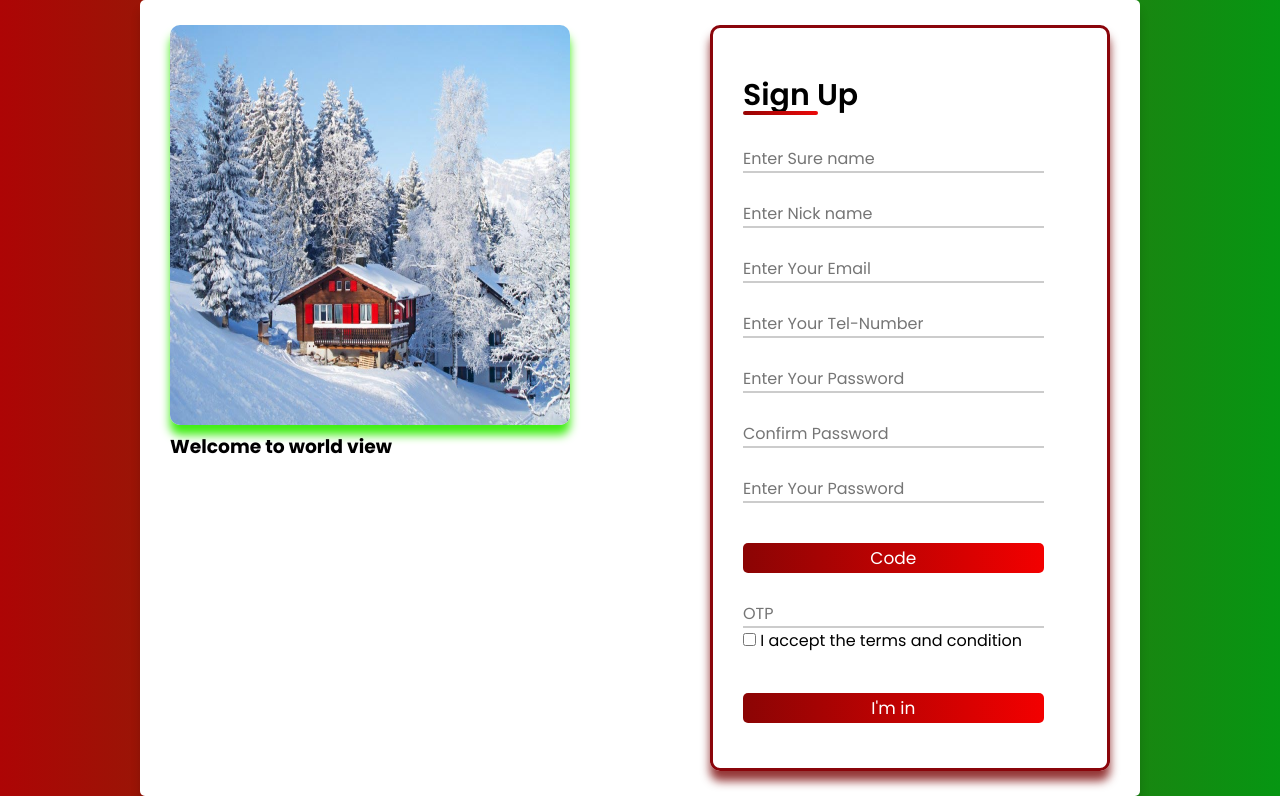
Repository: dev-ashik/Halloween
Page: Reg Page/Index.html
An editor plug-in stored every save of this project. The page is shown before and after the next save, followed by the edit.
The browser window is 1280 px wide. The pictures show the whole page.

Above is the page before, as saved 2021-12-21 22:33:43.

After the next save:
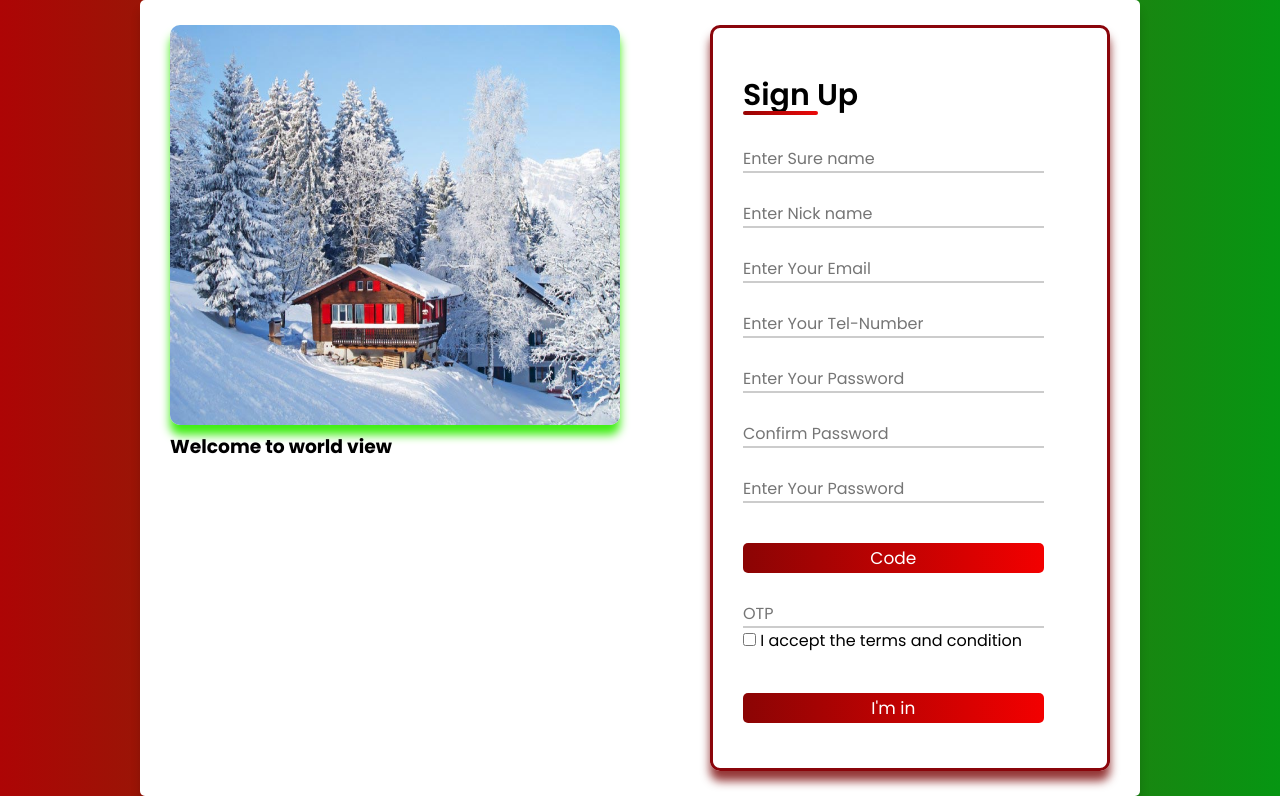
Saved 8 s later.
--- a/Reg Page/CSS/main.css
+++ b/Reg Page/CSS/main.css
@@ -31,7 +31,7 @@ body {
 
 .con .bann {
     float: left;
-    width: 400px;
+    width: 450px;
 }
 
 .con .bann img {
